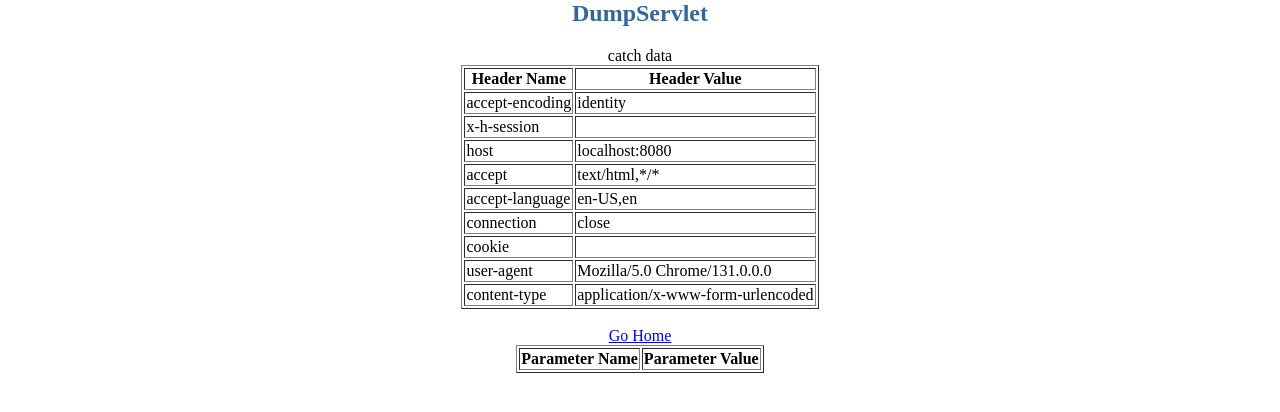
Repository: zoooolander/systex_prac_javaee
Page: http://localhost/myWeb/admin/dump.view
The author's editor kept a copy of each file at every save. The page is drawn from the files as they stood at one save, then again after the next save.
The browser window is 1280 px wide. The pictures show the whole page.
The page is served by Tomcat 10.

Above is the page before, as saved 2024-09-19 03:22:05.

After the next save:
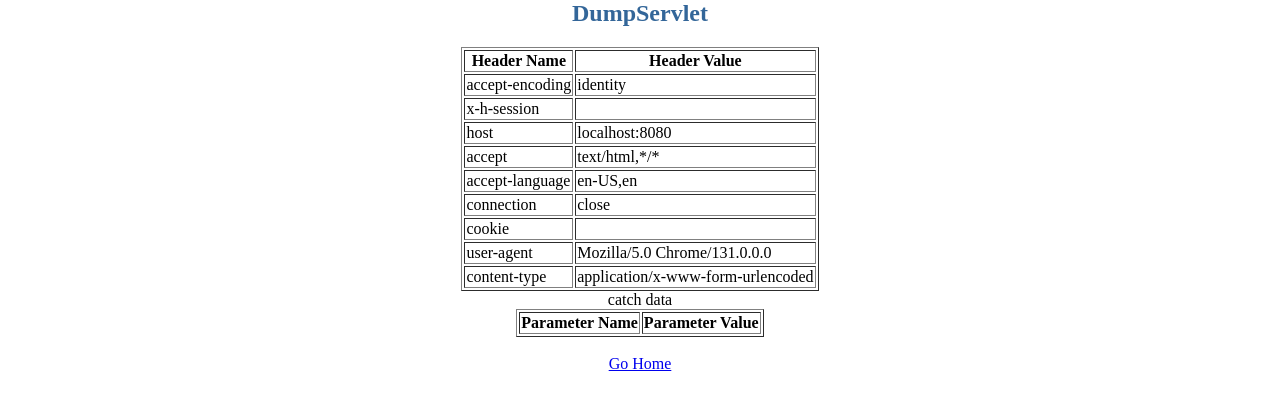
Saved 52 s later.
--- a/myWeb/src/main/java/com/systex/view/DumpServlet.java
+++ b/myWeb/src/main/java/com/systex/view/DumpServlet.java
@@ -55,6 +55,7 @@ public class DumpServlet extends HttpServlet {
 			out.println("<tr><td>" + headerName + "</td><td>" + headerValue + "</td></tr>");
 		}
 		out.println("</tbody>");
+		out.println("</table>");
 		out.println("catch data");
 		Enumeration<String> paramNames = request.getParameterNames();
 		out.println("<table border='1' style='margin:auto'>");
@@ -70,7 +71,7 @@ public class DumpServlet extends HttpServlet {
 			}
 			out.println("<tr><td>" + paramName + "</td><td>" + paramValue + "</td><tr>");
 		}
-
+		out.println("</tbody>");
 		out.println("</table>");
 		out.println("<br><a href='" + croot + "/'>Go Home</br>");
 		out.println("</body>");
